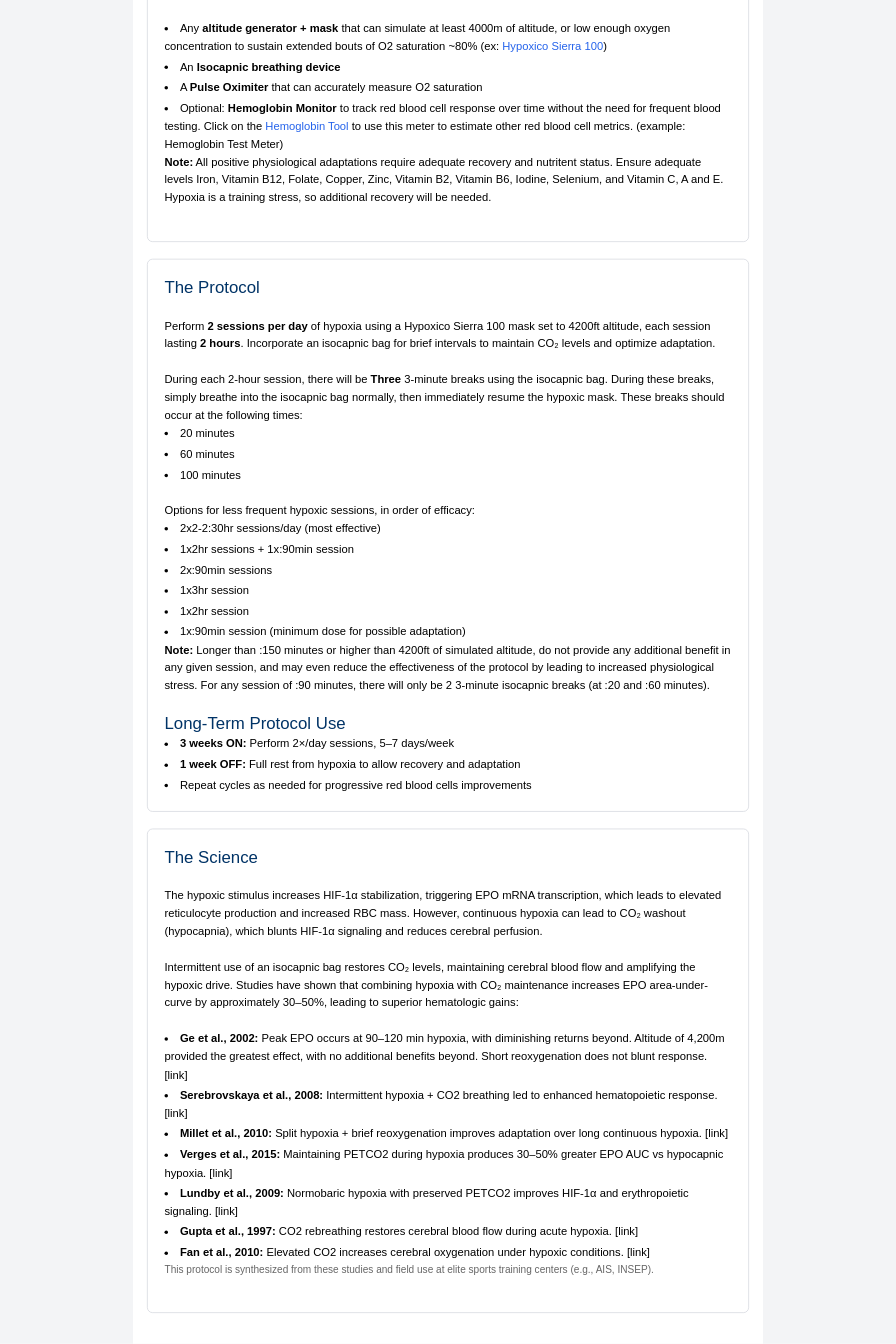
Repository: austenhughes1/hemoglobin_rbc_metrics
Page: hypoxia_protocol.html
An editor plug-in stored every save of this project. The page is shown before and after the next save, followed by the edit.
The browser window is 1280 px wide. The pictures show the part of the page from y = 924 to 2844 px (the page is 2844 px tall before and 2793 px after), at 70% of full size.
Some web libraries are served in a nearby version.

Above is the page before, as saved 2025-06-26 15:24:21.

After the next save:
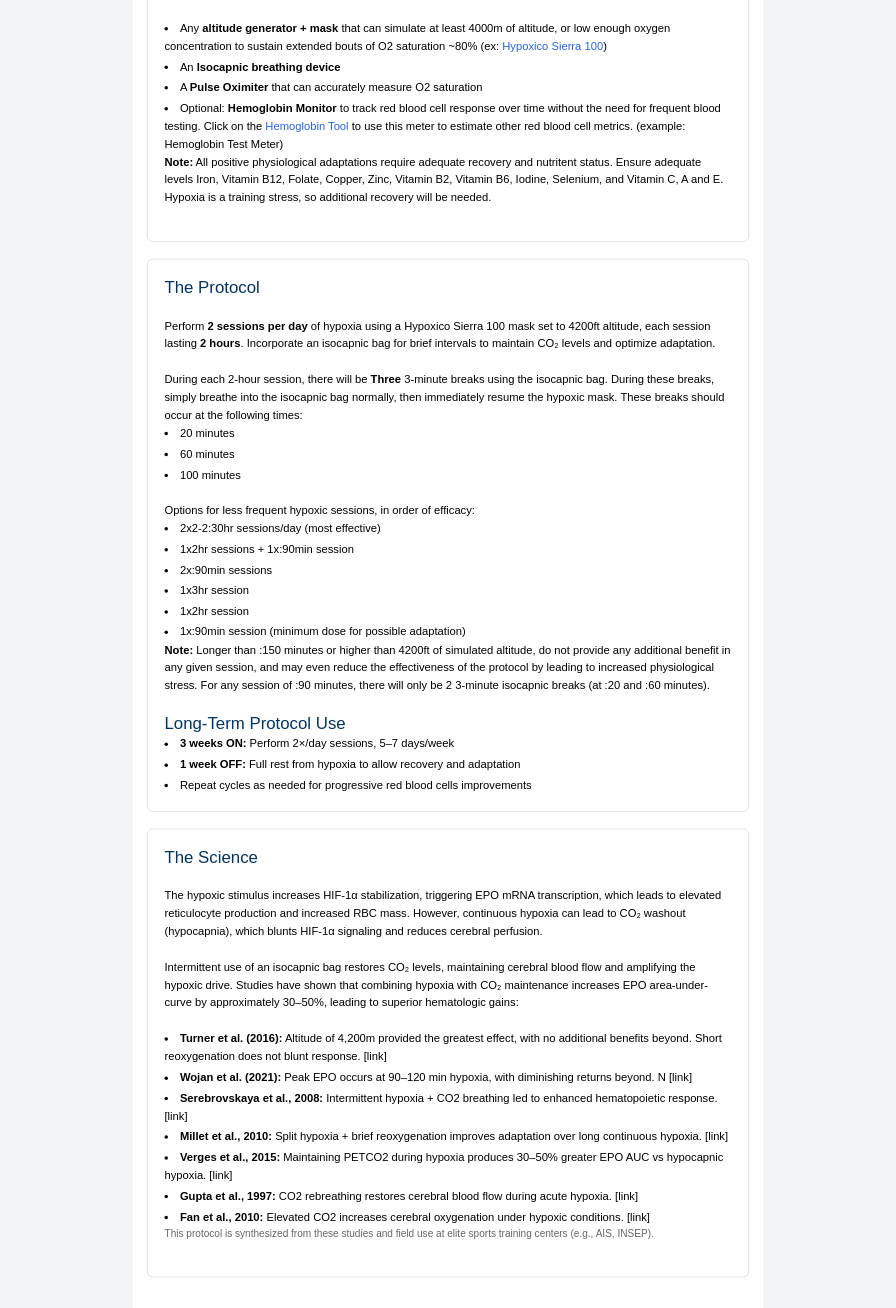
Saved 9 min 20 s later.
--- a/hypoxia_protocol.html
+++ b/hypoxia_protocol.html
@@ -137,11 +137,12 @@
         </p>
         <br>
         <ul class="list-disc list-inside space-y-1">
-            <li><strong>Ge et al., 2002:</strong> Peak EPO occurs at 90–120 min hypoxia, with diminishing returns beyond. Altitude of 4,200m provided the greatest effect, with no additional benefits beyond. Short reoxygenation does not blunt response.  [<a href="chrome-extension://efaidnbmnnnibpcajpcglclefindmkaj/https://scispace.com/pdf/the-time-course-of-endogenous-erythropoietin-il-6-and-tnfa-ay76186dmp.pdf?utm_source=chatgpt.com" target="_blank">link</a>]</li>
+            <li><strong>Turner et al. (2016):</strong> Altitude of 4,200m provided the greatest effect, with no additional benefits beyond. Short reoxygenation does not blunt response.  [<a href="chrome-extension://efaidnbmnnnibpcajpcglclefindmkaj/https://scispace.com/pdf/the-time-course-of-endogenous-erythropoietin-il-6-and-tnfa-ay76186dmp.pdf?utm_source=chatgpt.com" target="_blank">link</a>]</li>
+            <li><strong>Wojan et al. (2021):</strong> Peak EPO occurs at 90–120 min hypoxia, with diminishing returns beyond. N [<a href="https://digitalcommons.wku.edu/ijesab/vol2/iss13/14/" target="_blank">link</a>]</li>
+
             <li><strong>Serebrovskaya et al., 2008:</strong> Intermittent hypoxia + CO2 breathing led to enhanced hematopoietic response. [<a href="https://pubmed.ncbi.nlm.nih.gov/18331220/" target="_blank">link</a>]</li>
             <li><strong>Millet et al., 2010:</strong> Split hypoxia + brief reoxygenation improves adaptation over long continuous hypoxia. [<a href="https://pubmed.ncbi.nlm.nih.gov/20020784/" target="_blank">link</a>]</li>
             <li><strong>Verges et al., 2015:</strong> Maintaining PETCO2 during hypoxia produces 30–50% greater EPO AUC vs hypocapnic hypoxia. [<a href="https://pubmed.ncbi.nlm.nih.gov/26319812/" target="_blank">link</a>]</li>
-            <li><strong>Lundby et al., 2009:</strong> Normobaric hypoxia with preserved PETCO2 improves HIF-1α and erythropoietic signaling. [<a href="chrome-extension://efaidnbmnnnibpcajpcglclefindmkaj/https://journals.physiology.org/doi/pdf/10.1152/japplphysiol.01121.2014?utm_source=chatgpt.com" target="_blank">link</a>]</li>
             <li><strong>Gupta et al., 1997:</strong> CO2 rebreathing restores cerebral blood flow during acute hypoxia. [<a href="https://pubmed.ncbi.nlm.nih.gov/9096307/" target="_blank">link</a>]</li>
             <li><strong>Fan et al., 2010:</strong> Elevated CO2 increases cerebral oxygenation under hypoxic conditions. [<a href="https://pubmed.ncbi.nlm.nih.gov/19828899/" target="_blank">link</a>]</li>
         </ul>
